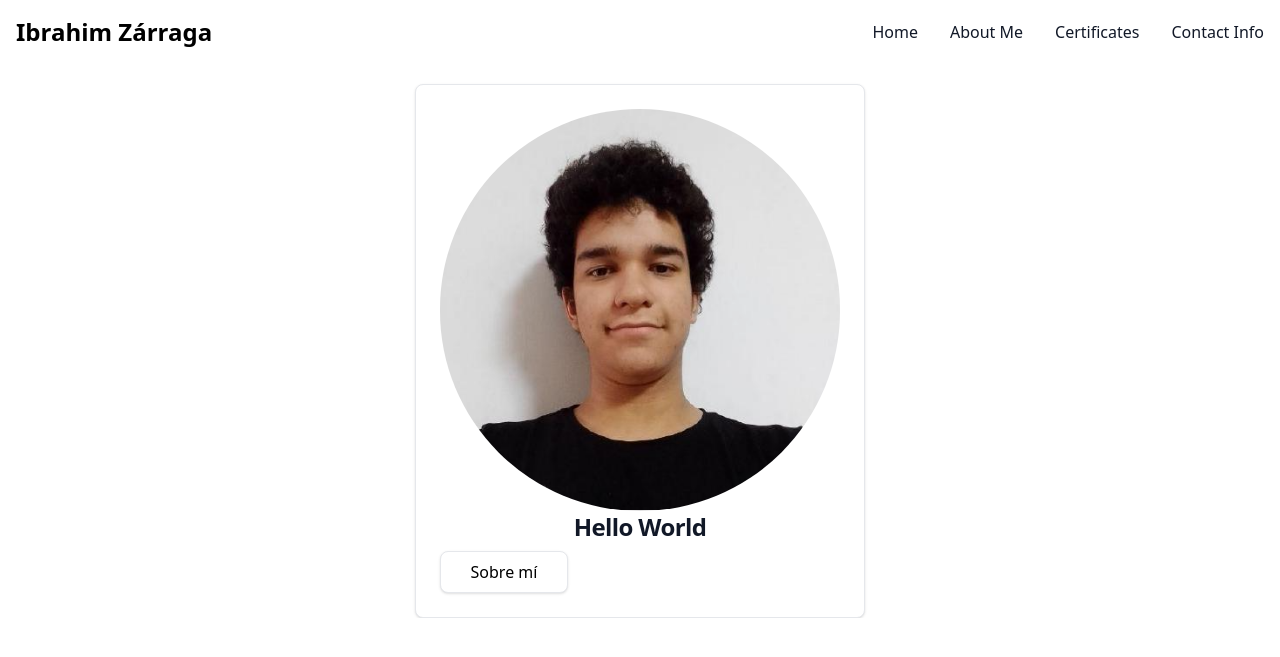
Repository: JetPi/Presentatio-Project
Page: /
The author's editor kept a copy of each file at every save. The page is drawn from the files as they stood at one save, then again after the next save.
The browser window is 1280 px wide. The pictures show the whole page.
The project was rebuilt for these pictures with package versions that can differ from the ones it lists, and the page was loaded fresh each time. The framework's server and built-in components were replaced by stand-ins that run in the browser. Also part of the build but not shown: next.config.js.

Above is the page before, as saved 2023-03-31 13:48:12.

### src/pages/_app.tsx
import "@/styles/globals.css";
import type { AppProps } from "next/app";
import { NavBar } from "@/components/NavBar";

const navList = [
  { text: "Home", href: "/" },
  { text: "About Me", href: "/about/me" },
  { text: "Certificates", href: "/about/certificates" },
  { text: "Contact Info", href: "/about/socials" },
];

export default function App({ Component, pageProps }: AppProps) {
  return (
    <>
      <NavBar navList={navList} />
      <Component {...pageProps} />
    </>
  );
}

### src/pages/index.tsx
import Head from "next/head";
import Image from "next/image";
import { Inter } from "next/font/google";
import styles from "@/styles/Home.module.css";
import { Card, CardButton } from "@/components/Card";
import { CardTitle } from "@/components/Card";
import { Url } from "url";

const inter = Inter({ subsets: ["latin"] });

export default function Home() {
  const url: Url = {
    href: "/about/me",
    auth: null,
    hash: null,
    host: null,
    hostname: null,
    path: null,
    pathname: null,
    protocol: null,
    search: null,
    slashes: null,
    port: null,
    query: null,
  };
  return (
    <>
      <div className="flex justify-center pt-5">
        <Card styling="flex flex-col ">
          <Image
            className="rounded-full"
            src={"/Foto de Presentación.png"}
            width={400}
            height={400}
            alt={"Profile Photo"}
          />
          <CardTitle>Hello World</CardTitle>
          <CardButton href={url}>Sobre mí</CardButton>
        </Card>
      </div>
    </>
  );
}

### src/styles/globals.css
@tailwind base;
@tailwind components;
@tailwind utilities;

:root {
  --max-width: 1100px;
  --border-radius: 12px;
  --font-mono: ui-monospace, Menlo, Monaco, "Cascadia Mono", "Segoe UI Mono",
    "Roboto Mono", "Oxygen Mono", "Ubuntu Monospace", "Source Code Pro",
    "Fira Mono", "Droid Sans Mono", "Courier New", monospace;

  --foreground-rgb: 0, 0, 0;
  --background-start-rgb: 214, 219, 220;
  --background-end-rgb: 255, 255, 255;

  --primary-glow: conic-gradient(
    from 180deg at 50% 50%,
    #16abff33 0deg,
    #0885ff33 55deg,
    #54d6ff33 120deg,
    #0071ff33 160deg,
    transparent 360deg
  );
  --secondary-glow: radial-gradient(
    rgba(255, 255, 255, 1),
    rgba(255, 255, 255, 0)
  );

  --tile-start-rgb: 239, 245, 249;
  --tile-end-rgb: 228, 232, 233;
  --tile-border: conic-gradient(
    #00000080,
    #00000040,
    #00000030,
    #00000020,
    #00000010,
    #00000010,
    #00000080
  );

  --callout-rgb: 238, 240, 241;
  --callout-border-rgb: 172, 175, 176;
  --card-rgb: 180, 185, 188;
  --card-border-rgb: 131, 134, 135;
}

@media (prefers-color-scheme: dark) {
  :root {
    --foreground-rgb: 255, 255, 255;
    --background-start-rgb: 0, 0, 0;
    --background-end-rgb: 0, 0, 0;

    --primary-glow: radial-gradient(rgba(1, 65, 255, 0.4), rgba(1, 65, 255, 0));
    --secondary-glow: linear-gradient(
      to bottom right,
      rgba(1, 65, 255, 0),
      rgba(1, 65, 255, 0),
      rgba(1, 65, 255, 0.3)
    );

    --tile-start-rgb: 2, 13, 46;
    --tile-end-rgb: 2, 5, 19;
    --tile-border: conic-gradient(
      #ffffff80,
      #ffffff40,
      #ffffff30,
      #ffffff20,
      #ffffff10,
      #ffffff10,
      #ffffff80
    );

    --callout-rgb: 20, 20, 20;
    --callout-border-rgb: 108, 108, 108;
    --card-rgb: 100, 100, 100;
    --card-border-rgb: 200, 200, 200;
  }
}

* {
  box-sizing: border-box;
  padding: 0;
  margin: 0;
}

html,
body {
  max-width: 100vw;
  overflow-x: hidden;
}

body {
  color: rgb(var(--foreground-rgb));
}

a {
  color: inherit;
  text-decoration: none;
}

@media (prefers-color-scheme: dark) {
  html {
    color-scheme: dark;
  }
}

### src/components/NavBar.tsx
import Image from "next/image";
import Link from "next/link";
import { ReactNode } from "react";
type NavData = {
  href: string;
  text: string;
};

interface Props {
  children?: ReactNode | string;
  href?: string;
  navList?: Array<NavData>;
}

function NavItem({ children, href }: Props) {
  return (
    <li>
      <Link
        href={{ pathname: href }}
        className="block py-2 pl-3 pr-4 text-gray-900 rounded hover:bg-gray-100 md:hover:bg-transparent md:border-0 md:hover:text-blue-700 md:p-0 dark:text-white md:dark:hover:text-blue-500 dark:hover:bg-gray-700 dark:hover:text-white md:dark:hover:bg-transparent"
      >
        {children}
      </Link>
    </li>
  );
}

export function NavBar({ navList }: Props) {
  return (
    <nav className="bg-white border-gray-200 dark:bg-gray-900">
      <div className="max-w-screen-xl flex flex-wrap items-center justify-between mx-auto p-4">
        <a href="https://flowbite.com/" className="flex items-center">
          <span className="self-center text-2xl font-semibold whitespace-nowrap dark:text-white">
            Ibrahim Zárraga
          </span>
        </a>
        <button
          data-collapse-toggle="navbar-default"
          type="button"
          className="inline-flex items-center p-2 ml-3 text-sm text-gray-500 rounded-lg md:hidden hover:bg-gray-100 focus:outline-none focus:ring-2 focus:ring-gray-200 dark:text-gray-400 dark:hover:bg-gray-700 dark:focus:ring-gray-600"
          aria-controls="navbar-default"
          aria-expanded="false"
        ></button>
        <div className="hidden w-full md:block md:w-auto" id="navbar-default">
          <ul className="font-medium flex flex-col p-4 md:p-0 mt-4 border border-gray-100 rounded-lg bg-gray-50 md:flex-row md:space-x-8 md:mt-0 md:border-0 md:bg-white dark:bg-gray-800 md:dark:bg-gray-900 dark:border-gray-700">
            {navList?.map((item) => {
              return (
                <NavItem href={item.href} key={Math.random()}>
                  {item.text}
                </NavItem>
              );
            })}
          </ul>
        </div>
      </div>
    </nav>
  );
}

### src/components/Card.tsx
import { redirect } from "next/dist/server/api-utils";
import Link from "next/link";
import { useRouter } from "next/router";
import { Url } from "url";
import React, { MouseEventHandler, ReactNode, useState } from "react";
interface Props {
  children?: ReactNode;
  styling?: string;
  href?: string;
}

interface ButtonProps {
  children?: ReactNode;
  styling?: string;
  href: Url;
}

export function Card({ styling, children }: Props) {
  return (
    <div
      className={`${
        styling ? styling : "flex justify-stretch"
      } p-6 bg-white border border-gray-200 rounded-lg shadow hover:bg-gray-100 dark:bg-gray-800 dark:border-gray-700 dark:hover:bg-gray-700`}
    >
      {children}
      <p className="font-normal text-gray-700 dark:text-gray-400"></p>
    </div>
  );
}

export function CardButton({ href, styling, children }: ButtonProps) {
  return (
    <Link
      className={`${
        styling ? styling : "w-32  "
      } p-2 text-center bg-white border border-gray-200 rounded-lg shadow hover:bg-gray-100 dark:bg-gray-800 dark:border-gray-700 dark:hover:bg-gray-700`}
      href={href.href}
    >
      {children}
    </Link>
  );
}

export function CardTitle({ children }: Props) {
  return (
    <h5 className="mb-2 text-2xl font-bold tracking-tight text-center text-gray-900 dark:text-white">
      {children}
    </h5>
  );
}

Loaded but not shown: src/pages/_document.tsx (common file); tailwind.config.js (common file)

After the next save:
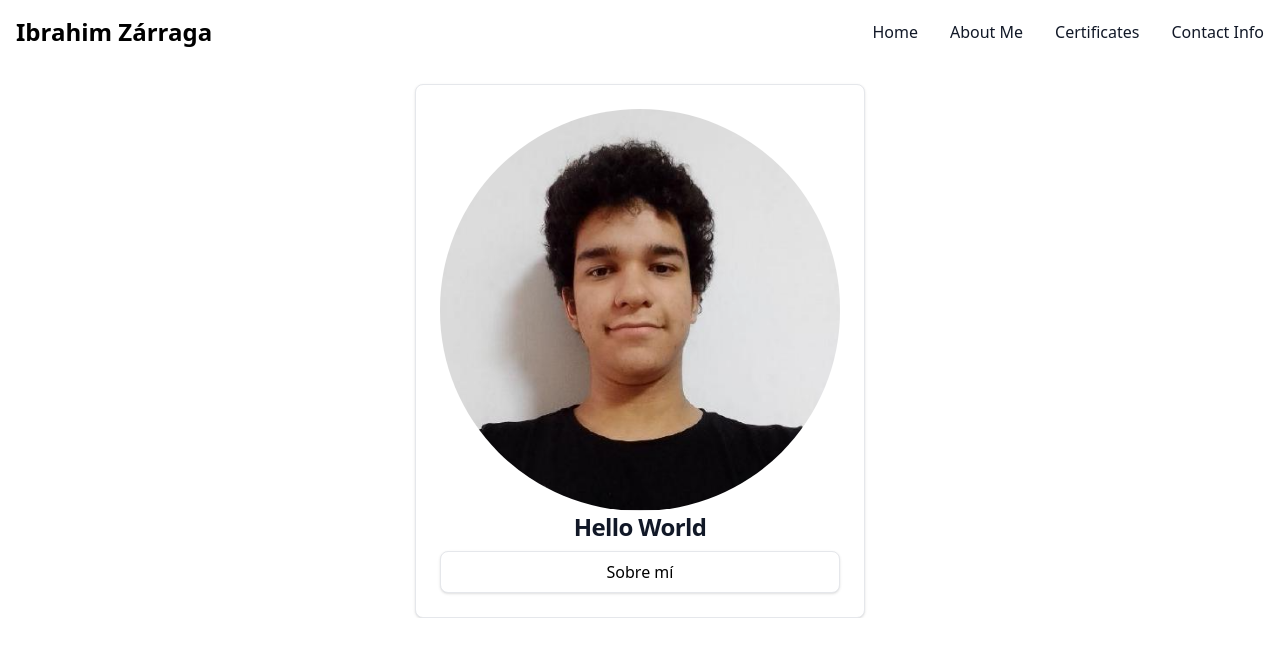
Saved 15 s later.
--- a/src/pages/index.tsx
+++ b/src/pages/index.tsx
@@ -35,7 +35,9 @@ export default function Home() {
             alt={"Profile Photo"}
           />
           <CardTitle>Hello World</CardTitle>
-          <CardButton href={url}>Sobre mí</CardButton>
+          <CardButton href={url} styling="w-full">
+            Sobre mí
+          </CardButton>
         </Card>
       </div>
     </>
